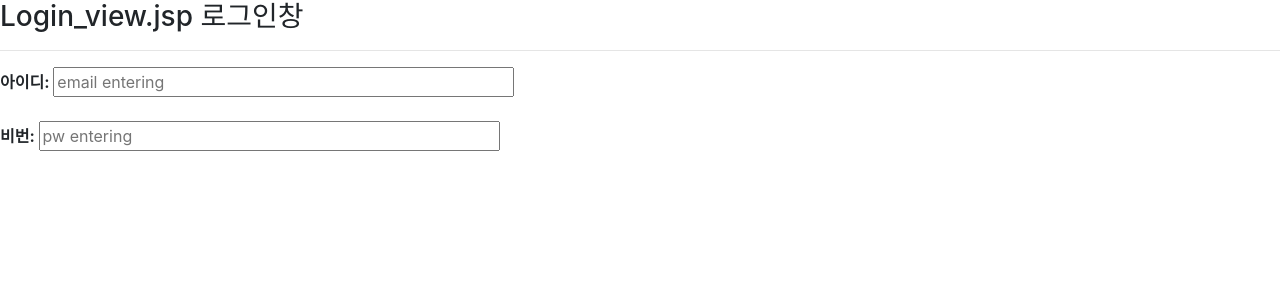
Repository: snowskyblue/SpringEx
Page: http://localhost/1209ajax2/
These files come from the project's save history. The page is drawn as it stood at one moment and after the next save; the edit follows.
The browser window is 1280 px wide. The pictures show the whole page.
The page is served by Tomcat 9. Other server files are loaded and not shown.

Above is the page before, as saved 2019-12-09 02:12:30.

### 1209ajax2/src/main/webapp/WEB-INF/views/login_view.jsp
<%@ page language="java" contentType="text/html; charset=UTF-8"
    pageEncoding="UTF-8"%>
<%@ taglib prefix="c" uri="http://java.sun.com/jsp/jstl/core" %>
<%@ taglib prefix="x" uri="http://java.sun.com/jsp/jstl/xml" %>
<%@ taglib prefix="fmt" uri="http://java.sun.com/jsp/jstl/fmt" %>
<%@ taglib prefix="sql" uri="http://java.sun.com/jsp/jstl/sql" %>
<%@ taglib prefix="fn" uri="http://java.sun.com/jsp/jstl/functions" %>


<!DOCTYPE html>
<html lang="ko">
<head>
<meta charset="UTF-8">
<meta http-equiv="X-UA-Compatible" content="IE=edge">
<meta name="viewport" content="width=device-width, initial-scale=1.0">
<!--bootstrap -->
<link rel="stylesheet" href="https://maxcdn.bootstrapcdn.com/bootstrap/4.3.1/css/bootstrap.min.css">
<!--font-awesome -->
<link rel="stylesheet" href="https://cdnjs.cloudflare.com/ajax/libs/font-awesome/4.7.0/css/font-awesome.min.css">
<title>Insert title here</title>
</head>
<body>

<h3>Login_view.jsp 로그인창</h3>
<hr/>
<form id="frm1" action="login" method="post">
	<b>아이디: </b> <input type="email" name="uid" size="40" placeholder="email entering" required><br/><br/>
	<b>비번: </b> <input type="password" name="upw" size="40" placeholder="pw entering" required><br/><br/>

</form>

<!--jquery -->
<script src="https://ajax.googleapis.com/ajax/libs/jquery/3.4.1/jquery.min.js"></script>
<!--popper -->
<script src="https://cdnjs.cloudflare.com/ajax/libs/popper.js/1.14.7/umd/popper.min.js"></script>
<!--javascript -->
<script src="https://maxcdn.bootstrapcdn.com/bootstrap/4.3.1/js/bootstrap.min.js"></script>
</body>
</html>

After the next save:
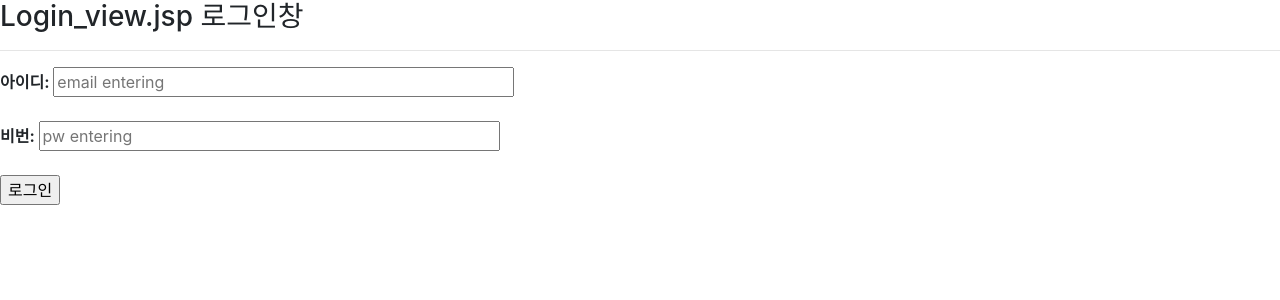
Saved 48 s later.
--- a/1209ajax2/src/main/webapp/WEB-INF/views/login_view.jsp
+++ b/1209ajax2/src/main/webapp/WEB-INF/views/login_view.jsp
@@ -26,7 +26,7 @@
 <form id="frm1" action="login" method="post">
 	<b>아이디: </b> <input type="email" name="uid" size="40" placeholder="email entering" required><br/><br/>
 	<b>비번: </b> <input type="password" name="upw" size="40" placeholder="pw entering" required><br/><br/>
-
+	<input type="submit" value="로그인">
 </form>
 
 <!--jquery -->
